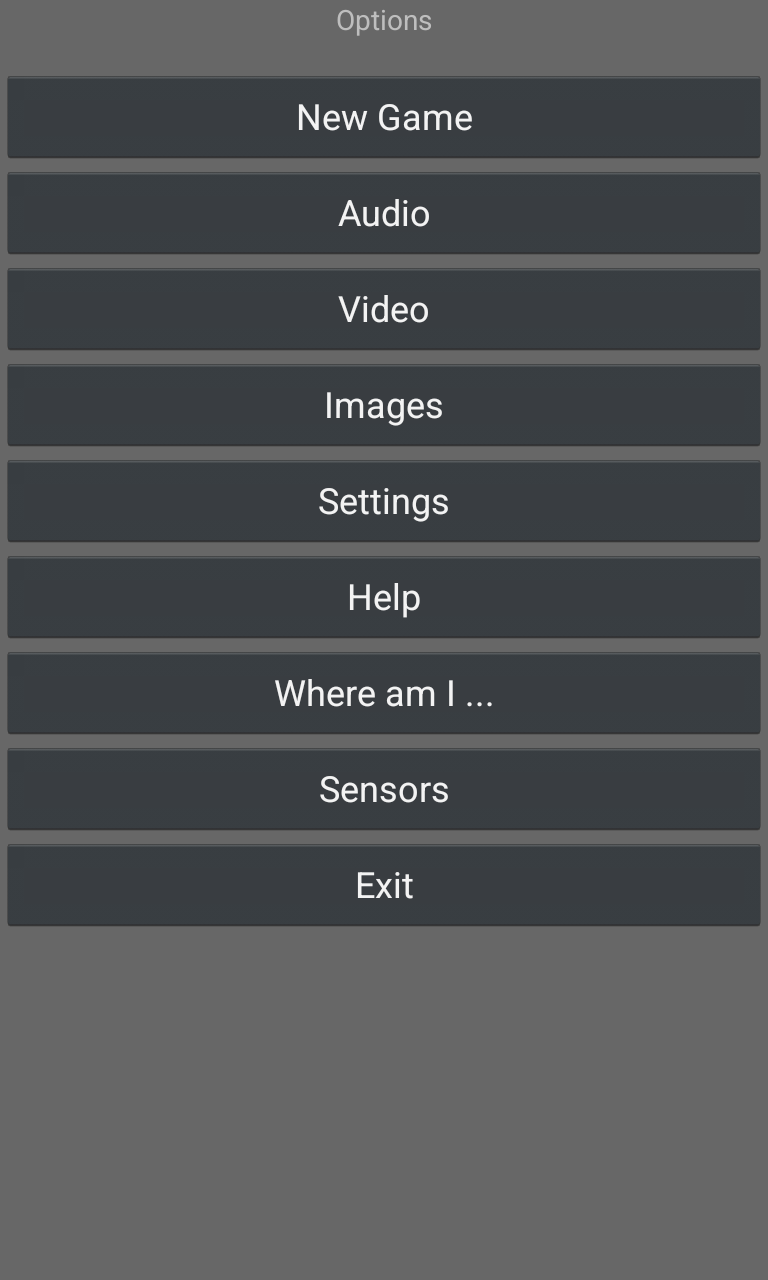
Repository: JonRuben1/SmudgeAttackPreventionLockScreen
Layout: TicTacToe4-new/res/layout/gameoptions.xml
An editor plug-in stored every save of this project. The layout is shown before and after the next save, followed by the edit.
It is drawn on a 768 x 1280 px phone screen (xhdpi) without system bars, with theme android:Theme.Holo; the app's code is not run.

Above is the layout before, as saved 2014-11-11 15:56:24.

After the next save:
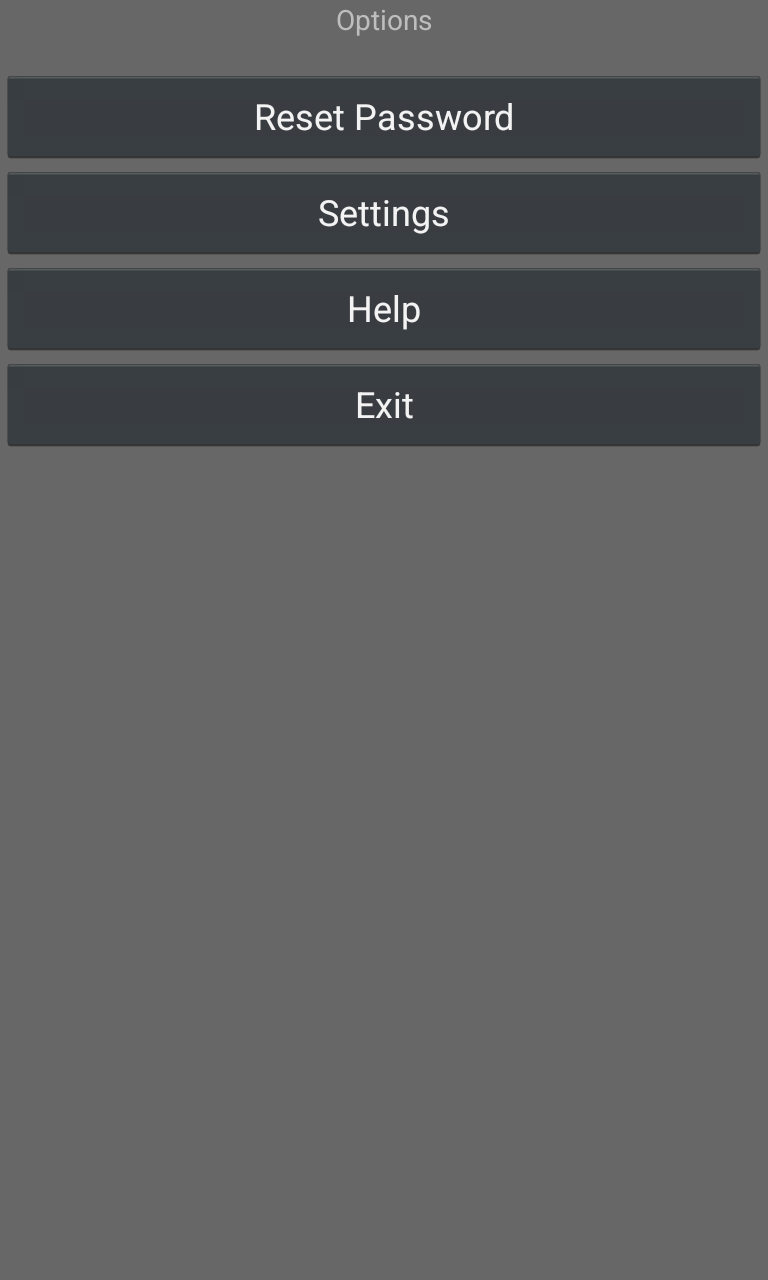
Saved 41 s later.
--- a/TicTacToe4-new/res/layout/gameoptions.xml
+++ b/TicTacToe4-new/res/layout/gameoptions.xml
@@ -23,26 +23,8 @@
 		android:layout_width="match_parent"
 		android:layout_gravity="center" >
 	<Button
-		android:id="@+id/buttonNewGame"
-		android:text="@string/new_game"
-		android:layout_width="match_parent"
-		android:layout_height="wrap_content"
-		/>
-	<Button
 		android:id="@+id/buttonAudio"
-		android:text="@string/audio"
-		android:layout_width="match_parent"
-		android:layout_height="wrap_content"
-		/>
-	<Button
-		android:id="@+id/buttonVideo"
-		android:text="@string/video"
-		android:layout_width="match_parent"
-		android:layout_height="wrap_content"
-		/>
-	<Button
-		android:id="@+id/buttonShowImage"
-		android:text="@string/images"
+		android:text="@string/reset_password"
 		android:layout_width="match_parent"
 		android:layout_height="wrap_content"
 		/>
@@ -59,18 +41,6 @@
 		android:layout_height="wrap_content"
 		/>
 	<Button
-		android:id="@+id/buttonWhereAmI"
-		android:text="@string/where_am_i_"
-		android:layout_width="match_parent"
-		android:layout_height="wrap_content"
-		/>
-	<Button
-		android:id="@+id/buttonSensors"
-		android:text="@string/sensors"
-		android:layout_width="match_parent"
-		android:layout_height="wrap_content"
-		/>
-	<Button
 		android:id="@+id/buttonExit"
 		android:text="@string/exit"
 		android:layout_width="match_parent"
